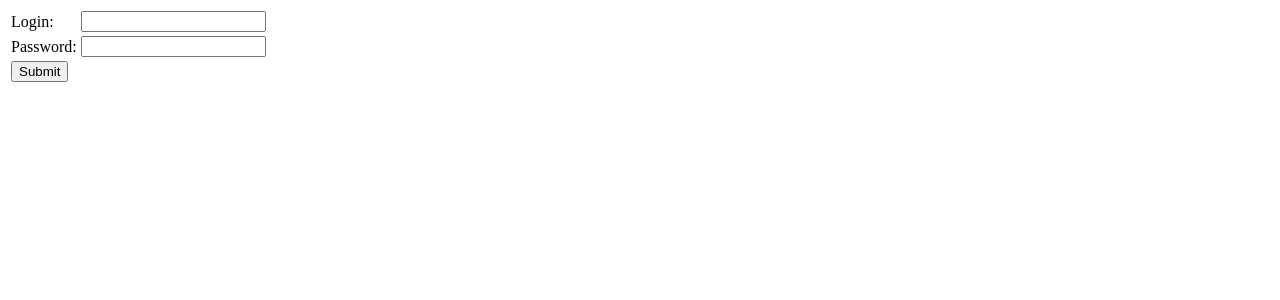
Repository: BeautifulGirl230/Project-collection
Page: java实训练习/login/WebRoot/login.html
An editor plug-in stored every save of this project. The page is shown before and after the next save, followed by the edit.
The browser window is 1280 px wide. The pictures show the whole page.

Above is the page before, as saved 2019-09-03 02:21:40.

After the next save:
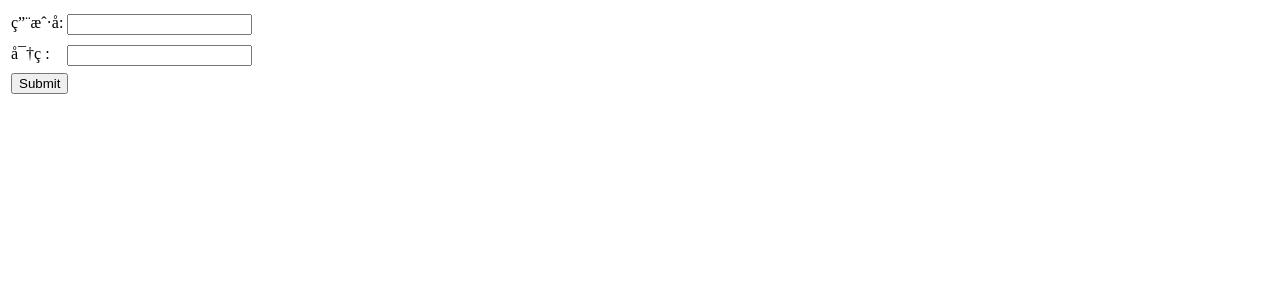
Saved 24 h 45 min later.
--- a/java实训练习/login/WebRoot/login.html
+++ b/java实训练习/login/WebRoot/login.html
@@ -15,11 +15,11 @@
     <form name="f1" id="f1" action="" method="post">
       <table>
         <tr>
-          <td>Login:</td>
+          <td>用户名:</td>
           <td><input type="text" name="login" id="login"></td>
         </tr>
         <tr>
-          <td>Password:</td>
+          <td>密码:</td>
           <td><input type="password" name="password" id="password"></td>
         </tr>
         <tr>
